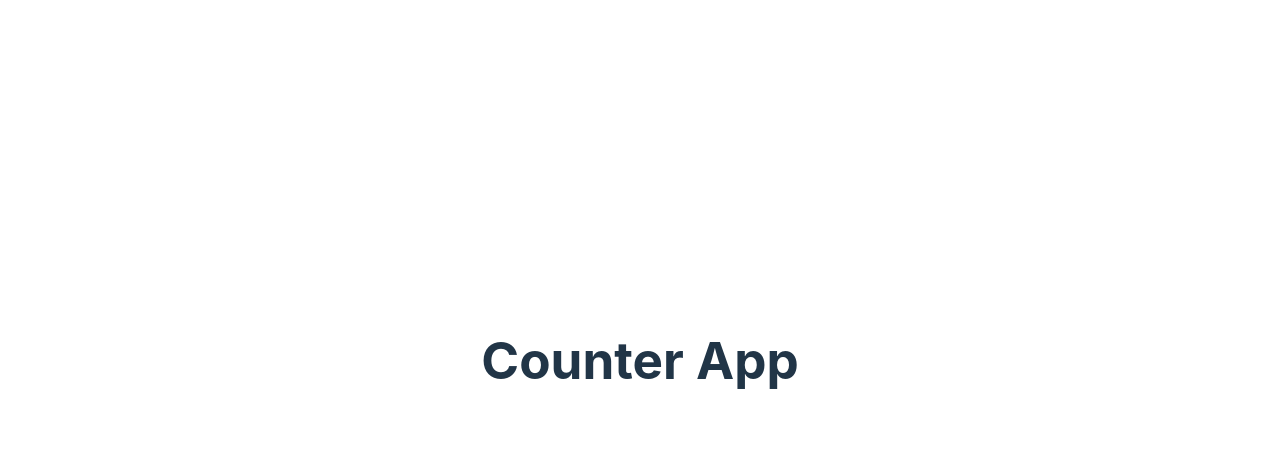
Repository: rajratangm/xcounter
Page: / (app in counter/)
These files come from the project's save history. The page is drawn as it stood at one moment and after the next save; the edit follows.
The browser window is 1280 px wide. The pictures show the whole page.
The project was rebuilt for these pictures with package versions that can differ from the ones it lists, and the page was loaded fresh each time. Also part of the build but not shown: counter/vite.config.js.

Above is the page before, as saved 2024-04-02 17:27:45.

After the next save:
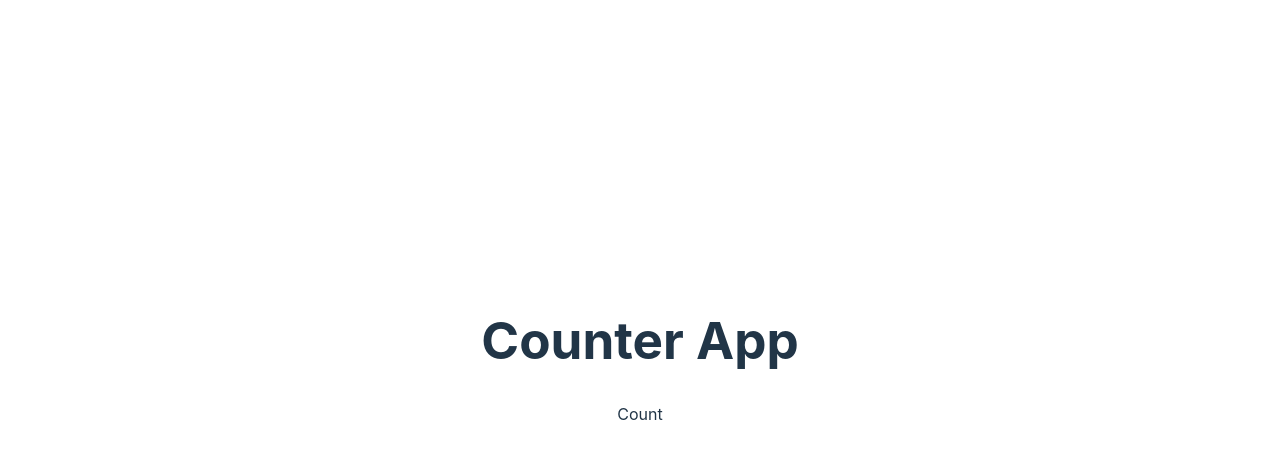
Saved 5 s later.
--- a/counter/src/App.jsx
+++ b/counter/src/App.jsx
@@ -9,7 +9,7 @@ function App() {
   return (
     <>
    <h1>Counter App</h1>
-   <p></p>
+   <p>Count {}</p>
     </>
   )
 }
